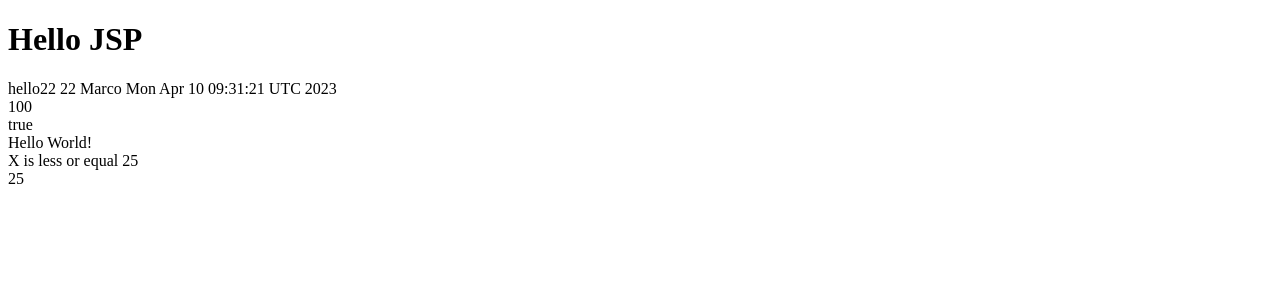
Repository: marcoscheuerer/Java_Enterprise
Page: http://localhost/S01L05_Hello_JSP/HelloJSP.jsp
The author's editor kept a copy of each file at every save. The page is drawn from the files as they stood at one save, then again after the next save.
The browser window is 1280 px wide. The pictures show the whole page.
The page is served by Tomcat 9.

Above is the page before, as saved 2023-04-10 10:07:20.

After the next save:
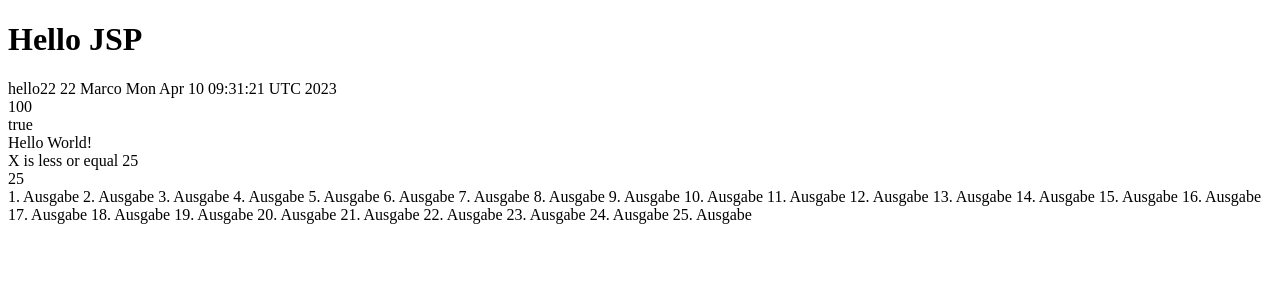
Saved 41 s later.
--- a/S01L05_Hello_JSP/src/main/webapp/HelloJSP.jsp
+++ b/S01L05_Hello_JSP/src/main/webapp/HelloJSP.jsp
@@ -34,7 +34,7 @@ if (x > 25) {
 <br />
 <%
 for (int i = 0; i < 25; i++)
-	System.out.println("hello");
+	out.println((i + 1) + ". Ausgabe");
 %>
 
 </body>
